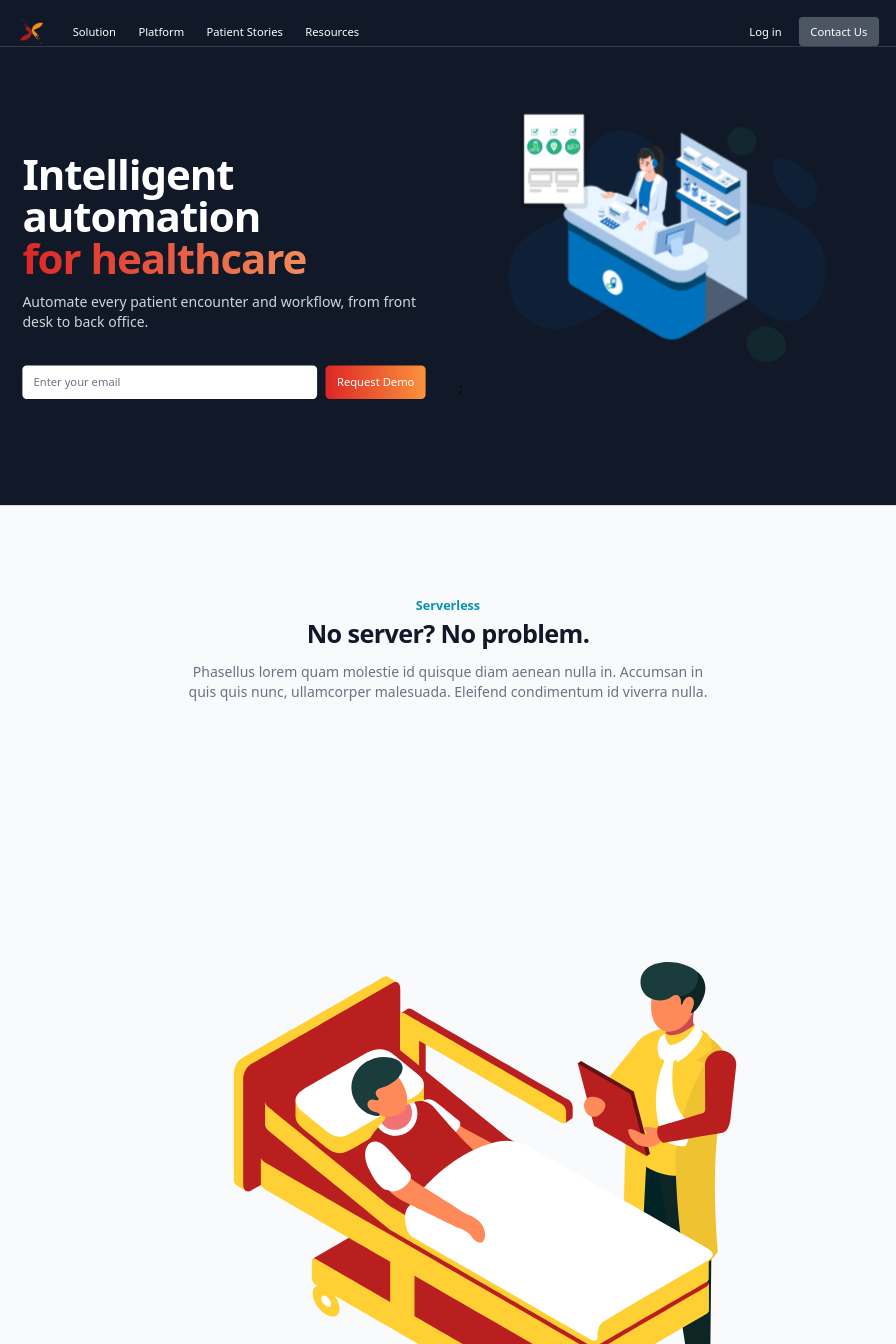
Repository: VinceBrun/medical-web3-app
Page: /
These files come from the project's save history. The page is drawn as it stood at one moment and after the next save; the edit follows.
The browser window is 1280 px wide. The pictures show the part of the page from y = 0 to 1920 px (the page is 2443 px tall before and 3395 px after), at 70% of full size.
The project was rebuilt for these pictures with package versions that can differ from the ones it lists, and the page was loaded fresh each time. The framework's server and built-in components were replaced by stand-ins that run in the browser. Also part of the build but not shown: next.config.js, styles/Home.module.css.

Above is the page before, as saved 2023-01-12 16:37:46.

After the next save:
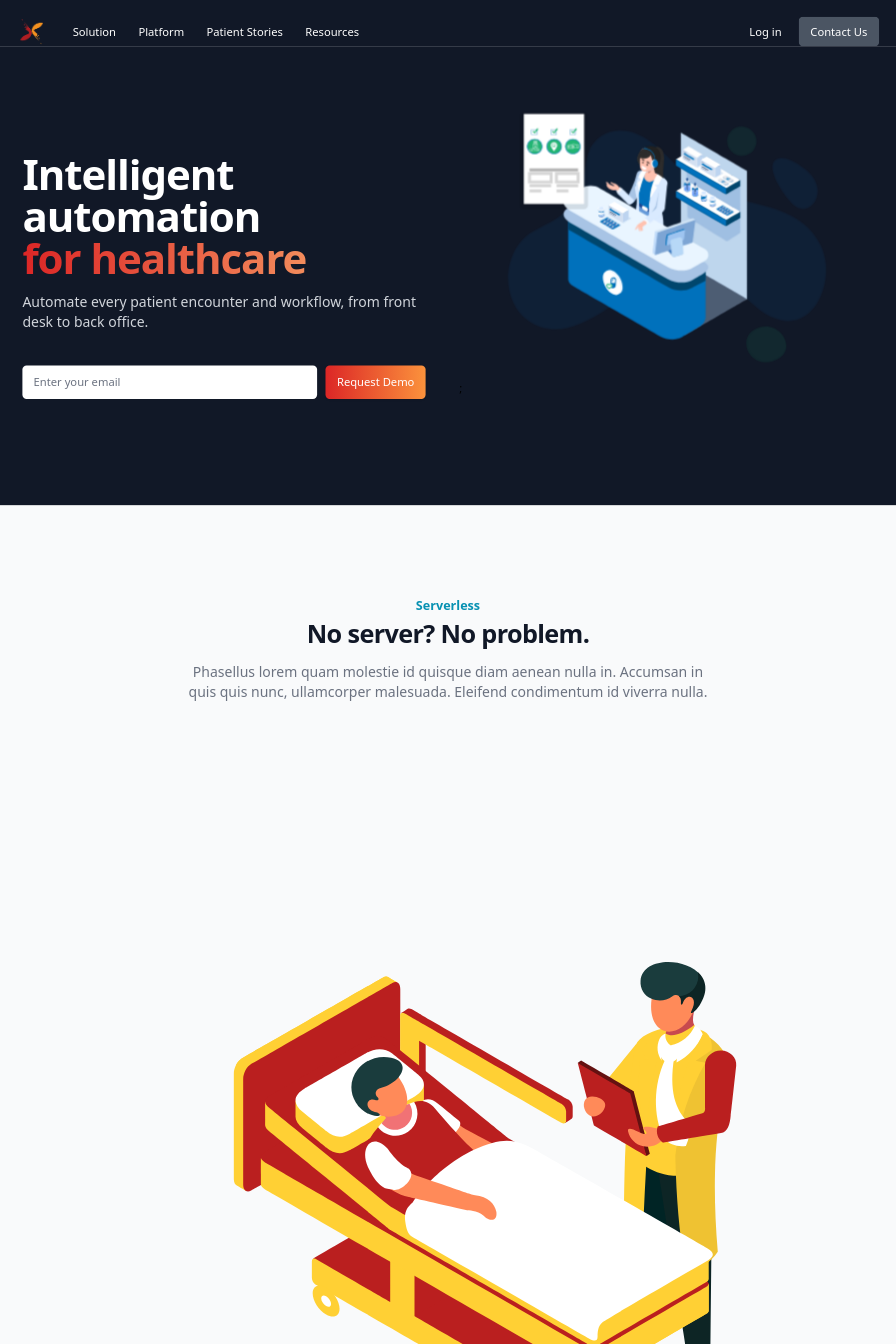
Saved 4 days later.
--- a/components/Landing.jsx
+++ b/components/Landing.jsx
@@ -415,6 +415,37 @@ export default function Landing() {
           </div>
 
           {/* Feature section with grid */}
+          <div className="relative bg-white py-16 sm:py-24 lg:py-32">
+            <div className="mx-auto max-w-md px-6 text-center sm:max-w-3xl lg:max-w-7xl lg:px-8">
+              <h2 className="text-lg font-semibold text-cyan-600">Deploy faster</h2>
+              <p className="mt-2 text-3xl font-bold tracking-tight text-gray-900 sm:text-4xl">
+                Everything you need to deploy your app
+              </p>
+              <p className="mx-auto mt-5 max-w-prose text-xl text-gray-500">
+                Phasellus lorem quam molestie id quisque diam aenean nulla in. Accumsan in quis quis nunc, ullamcorper
+                malesuada. Eleifend condimentum id viverra nulla.
+              </p>
+              <div className="mt-12">
+                <div className="grid grid-cols-1 gap-8 sm:grid-cols-2 lg:grid-cols-3">
+                  {features.map((feature) => (
+                    <div key={feature.name} className="pt-6">
+                      <div className="flow-root rounded-lg bg-gray-50 px-6 pb-8">
+                        <div className="-mt-6">
+                          <div>
+                            <span className="inline-flex items-center justify-center rounded-md bg-gradient-to-r from-teal-500 to-cyan-600 p-3 shadow-lg">
+                              <feature.icon className="h-6 w-6 text-white" aria-hidden="true" />
+                            </span>
+                          </div>
+                          <h3 className="mt-8 text-lg font-medium tracking-tight text-gray-900">{feature.name}</h3>
+                          <p className="mt-5 text-base text-gray-500">{feature.description}</p>
+                        </div>
+                      </div>
+                    </div>
+                  ))}
+                </div>
+              </div>
+            </div>
+          </div>
 
           {/* Testimonial section */}
 
